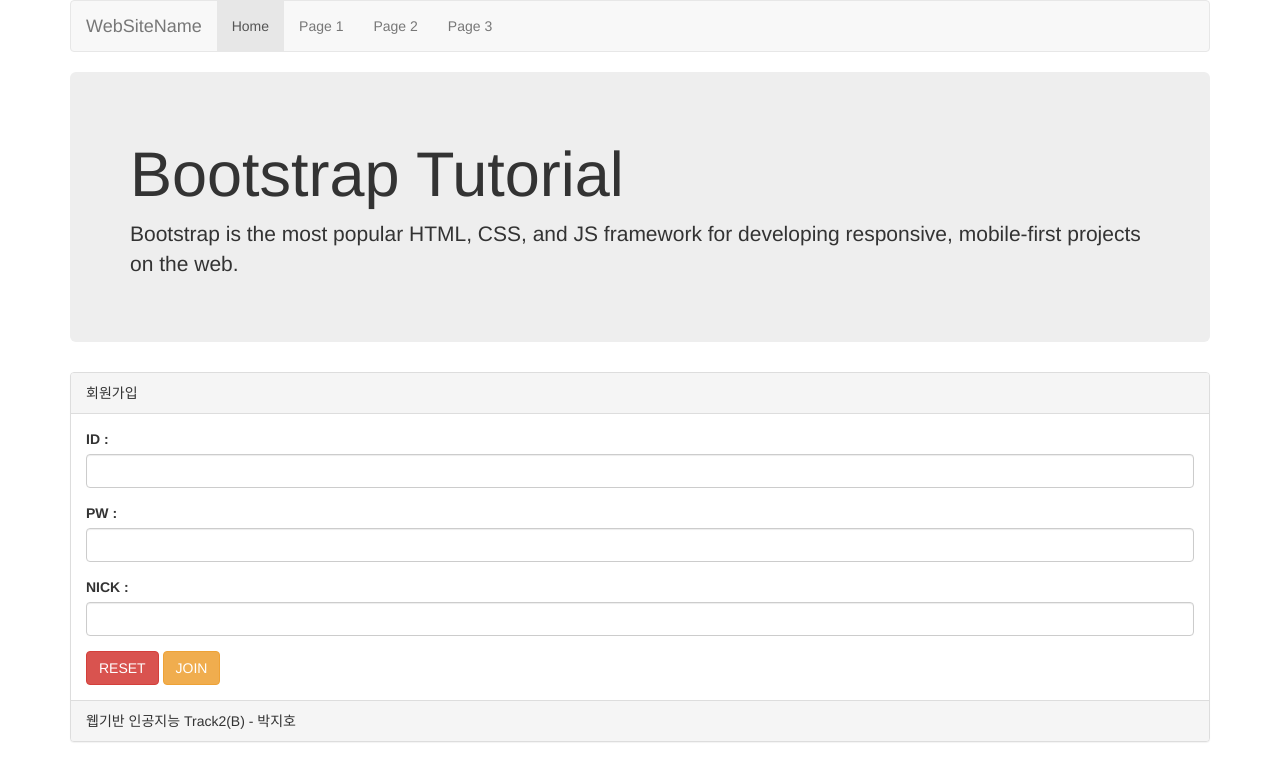
Repository: Jipumpkin/WebServer
Page: http://localhost/FrontCommandPattern/main.jsp
An editor plug-in stored every save of this project. The page is shown before and after the next save, followed by the edit.
The browser window is 1280 px wide. The pictures show the whole page.
The page is served by Tomcat 9.

Above is the page before, as saved 2024-08-20 03:09:19.

After the next save:
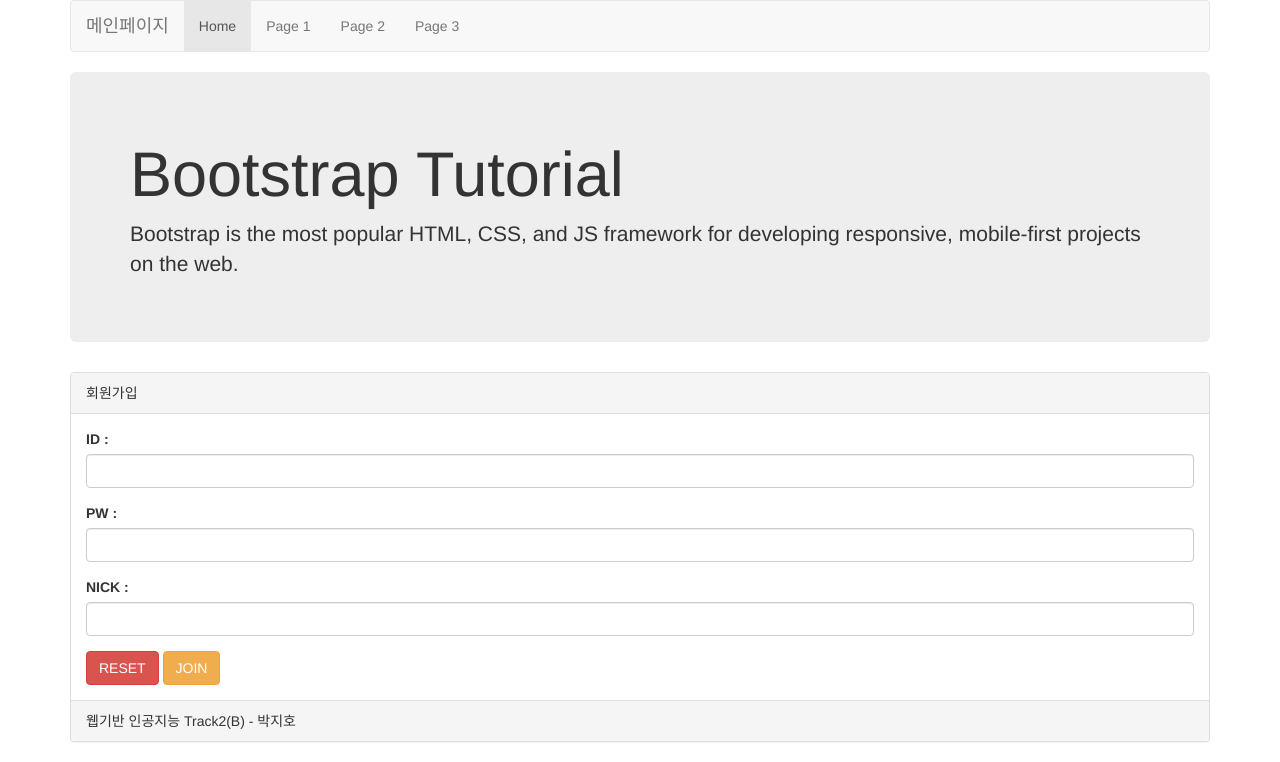
Saved 56 s later.
--- a/FrontCommandPattern/src/main/webapp/main.jsp
+++ b/FrontCommandPattern/src/main/webapp/main.jsp
@@ -15,7 +15,7 @@
 		<nav class="navbar navbar-default">
 		  <div class="container-fluid">
 		    <div class="navbar-header">
-		      <a class="navbar-brand" href="#">WebSiteName</a>
+		      <a class="navbar-brand" href="#">메인페이지</a>
 		    </div>
 		    <ul class="nav navbar-nav">
 		      <li class="active"><a href="#">Home</a></li>
